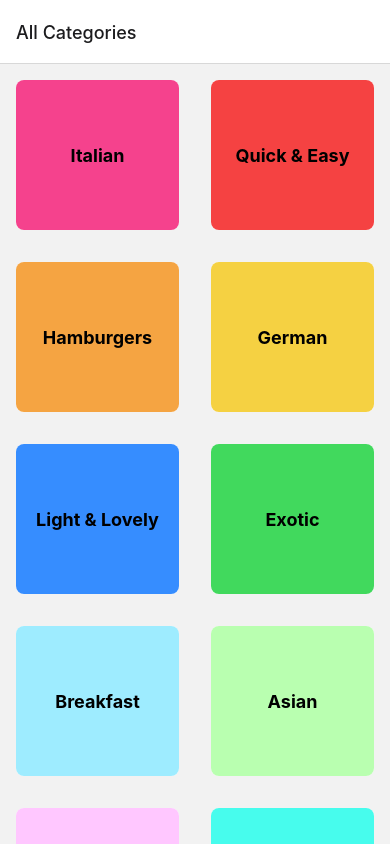
Repository: SyLe-Van/Food-Category-App
Screen: /
An editor plug-in stored every save of this project. The screen is shown before and after the next save, followed by the edit.
An inner scrolling area shows only its first screen. The app was drawn by React Native's web renderer in a window 390 px wide. The project was rebuilt for these pictures with package versions that can differ from the ones it lists, and the page was loaded fresh each time. Also part of the build but not shown: components/MealItem.js, screens/MealsOverViewScreen.js.

Above is the screen before, as saved 2024-02-19 14:44:09.

After the next save:
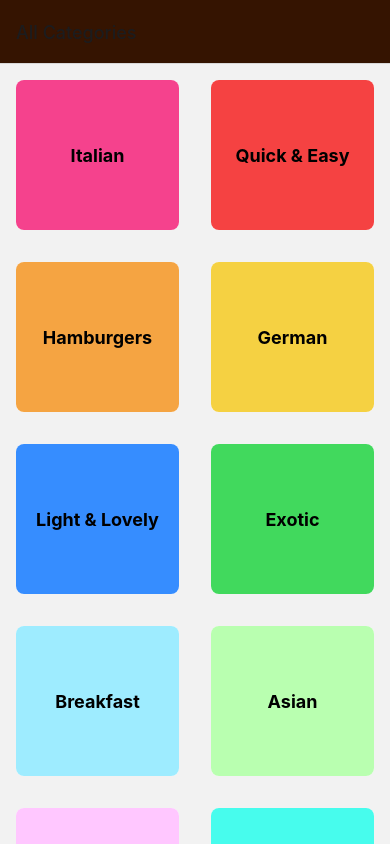
Saved 44 s later.
--- a/App.js
+++ b/App.js
@@ -20,7 +20,7 @@ export default function App() {
             options={{
               title: "All Categories",
               headerStyle: {
-                backgroundColor: "white",
+                backgroundColor: "#351401",
                 contentStyle: {
                   backgroundColor: "black",
                 },
